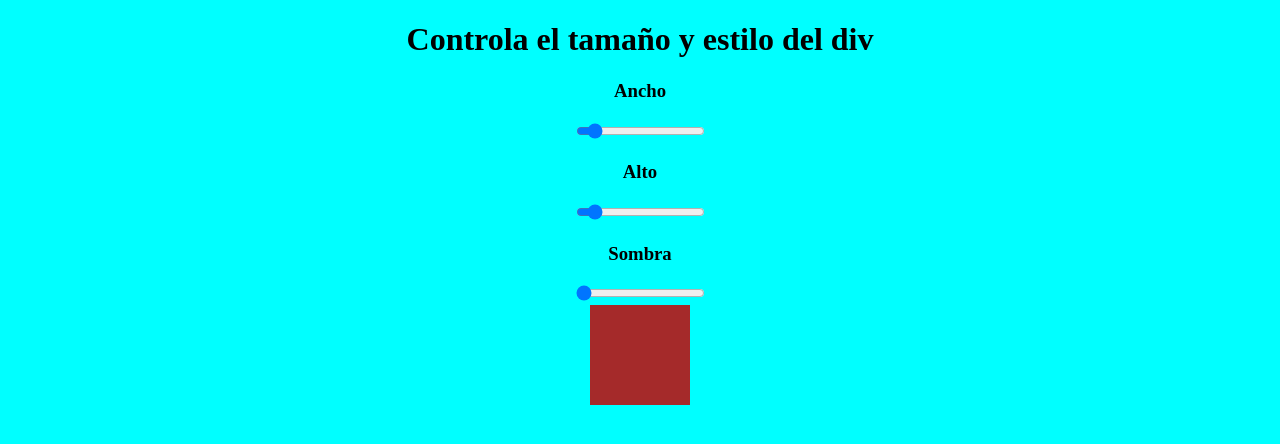
Repository: Kevin8548/Ejercicios-DOM
Page: Deslizador.html
These files come from the project's save history. The page is drawn as it stood at one moment and after the next save; the edit follows.
The browser window is 1280 px wide. The pictures show the whole page.

Above is the page before, as saved 2024-10-07 01:45:22.

After the next save:
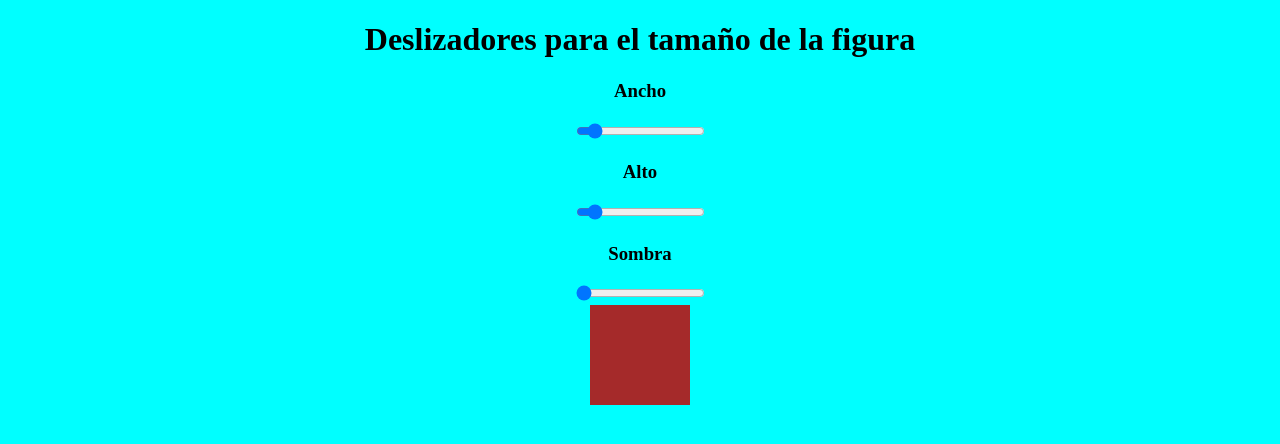
Saved 52 s later.
--- a/Deslizador.html
+++ b/Deslizador.html
@@ -7,7 +7,7 @@
     <link rel="stylesheet" href="deslizadores.css">
 </head>
 <body>
-    <h1>Controla el tamaño y estilo del div</h1>
+    <h1>Deslizadores para el tamaño de la figura</h1>
     <div>
         <h3>Ancho</h3>
         <input type="range" id="sliderAncho" min="0" max="1000" value="100" step="1">
